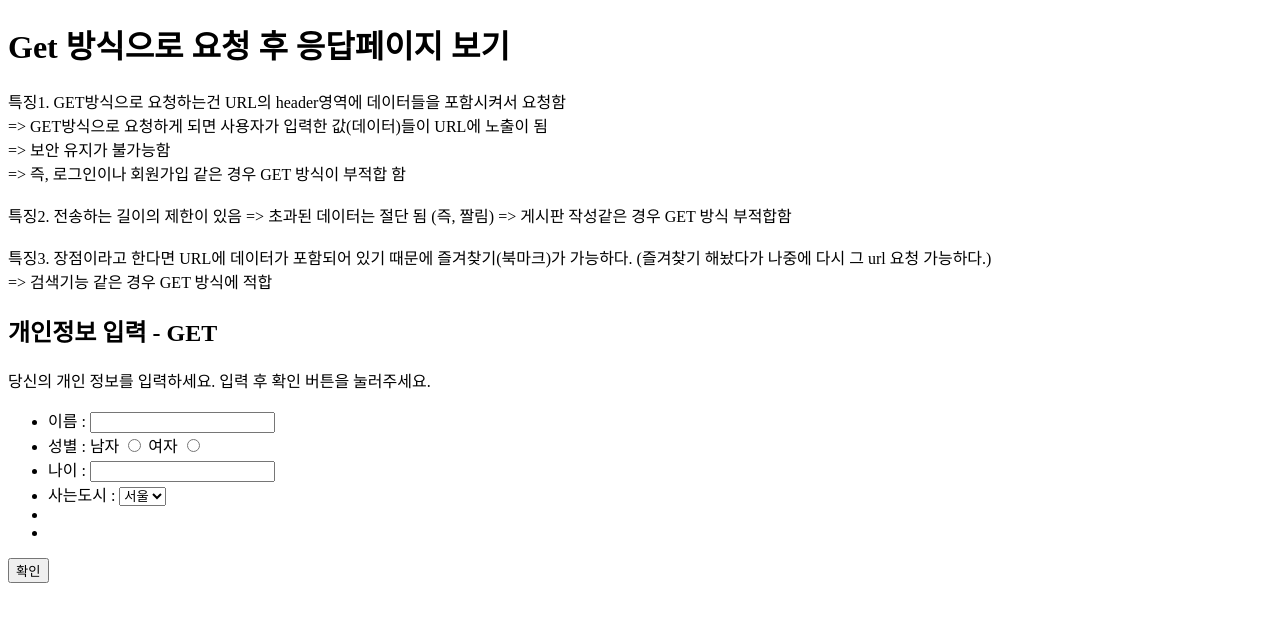
Repository: pje00427/webserver_workspace1
Page: 1_Servlet/WebContent/views/requestTest_GET.html
The author's editor kept a copy of each file at every save. The page is drawn from the files as they stood at one save, then again after the next save.
The browser window is 1280 px wide. The pictures show the whole page.

Above is the page before, as saved 2020-08-27 05:37:55.

### 1_Servlet/WebContent/views/requestTest_GET.html
<!DOCTYPE html>
<html>
<head>
<meta charset="UTF-8">
<title>Insert title here</title>
</head>
<body>
	<h1>Get 방식으로 요청 후 응답페이지 보기</h1>

	<p>
		특징1. GET방식으로 요청하는건 URL의 header영역에 데이터들을 포함시켜서 요청함<br>
			=> GET방식으로 요청하게 되면 사용자가 입력한 값(데이터)들이 URL에 노출이 됨 <br>
			=> 보안 유지가 불가능함 <br>
			=> 즉, 로그인이나 회원가입 같은 경우 GET 방식이 부적합 함 <br><br>

		특징2. 전송하는 길이의 제한이 있음 => 초과된 데이터는 절단 됨 (즉, 짤림) => 게시판 작성같은 경우 GET 방식 부적합함<br><br>

		특징3. 장점이라고 한다면 URL에 데이터가 포함되어 있기 때문에 즐겨찾기(북마크)가 가능하다. (즐겨찾기 해놨다가 나중에 다시 그 url 요청 가능하다.)<br>
			=> 검색기능 같은 경우 GET 방식에 적합
	</p>

	<h2>개인정보 입력 - GET</h2>

	<p>당신의 개인 정보를 입력하세요. 입력 후 확인 버튼을 눌러주세요.</p>

	<form action="요청할서버매핑값" method="GET">

		<ul>
			<li>이름 : <input type="text" name="name"></li>
			<li>
				성별 :
				남자 <input type="radio" name="gender" value="M">
				여자 <input type="radio" name="gender" value="F">
			</li>
			<li>
				나이 : <input type="number" name="age">
			</li>
			<li>
				사는도시 :
				<select name="city">
					<option value="서울">서울</option>
					<option value="강원">강원</option>
					<option value="경기">경기</option>
				</select>
			</li>
			<li></li>
			<li></li>
		</ul>


		<input type="submit" value="확인">
	</form>

</body>
</html>

After the next save:
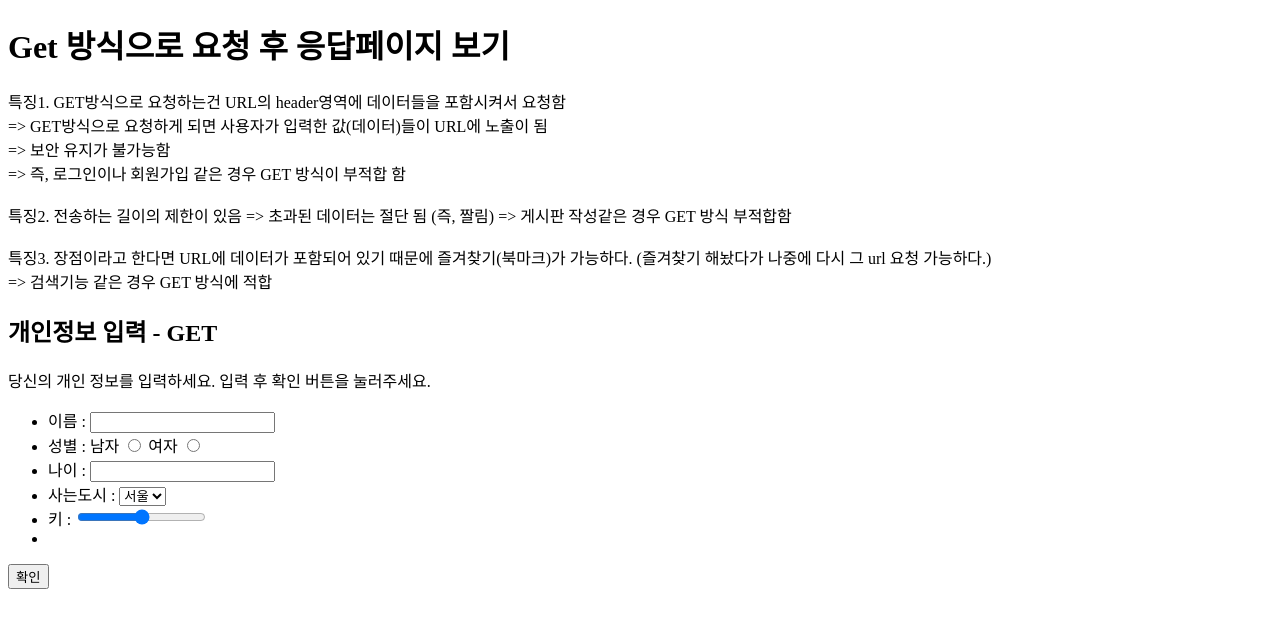
Saved 106 s later.
--- a/1_Servlet/WebContent/views/requestTest_GET.html
+++ b/1_Servlet/WebContent/views/requestTest_GET.html
@@ -43,8 +43,12 @@
 					<option value="경기">경기</option>
 				</select>
 			</li>
-			<li></li>
-			<li></li>
+			<li>
+				키 : <input type="range" name="height" min="140" max="200" step="1">
+			</li>
+			<li>
+
+			</li>
 		</ul>
 
 
